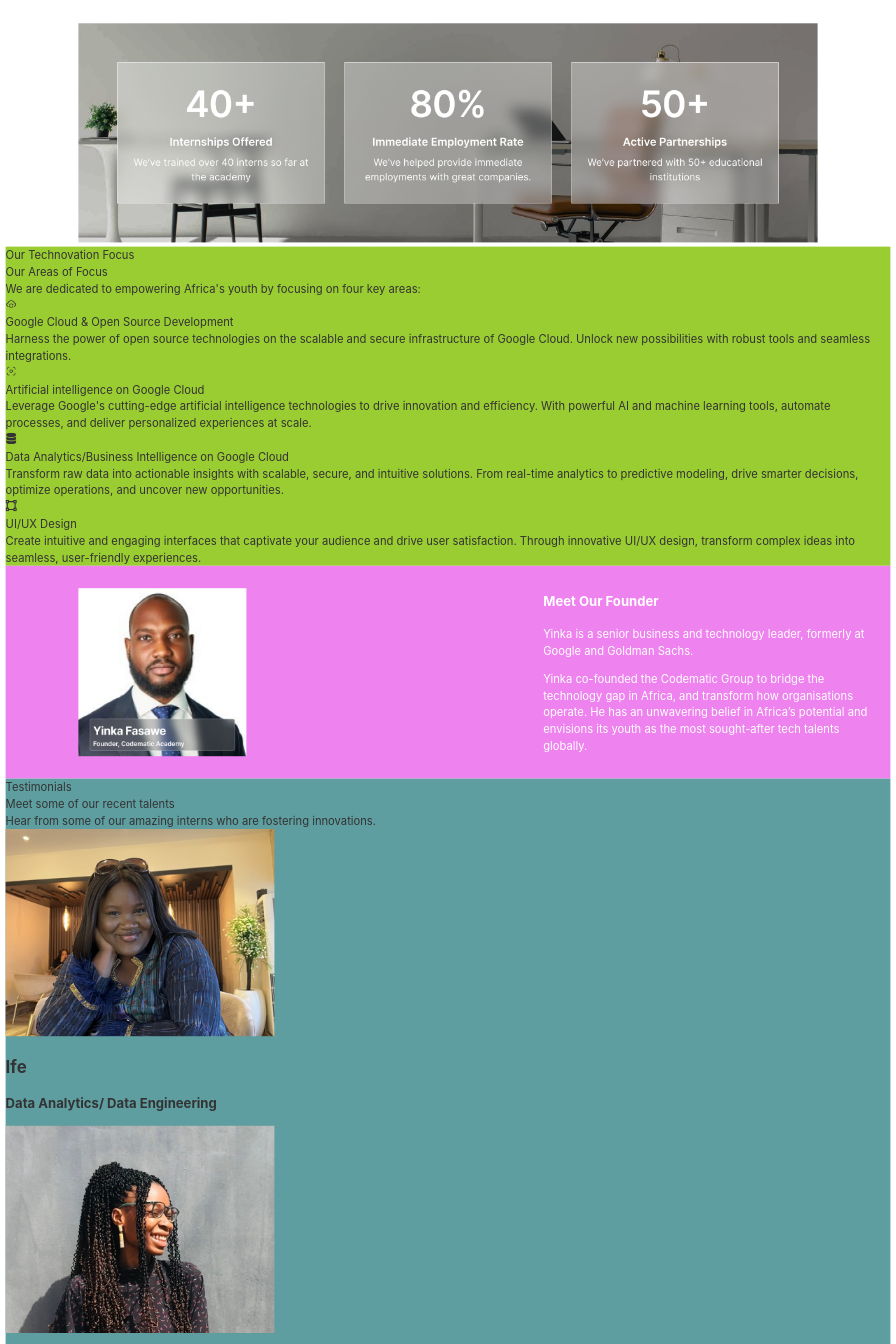
Repository: Gabriel221-dev/Codematic-page
Page: /
The author's editor kept a copy of each file at every save. The page is drawn from the files as they stood at one save, then again after the next save.
The browser window is 1280 px wide. The pictures show the part of the page from y = 1855 to 3775 px (the page is 4616 px tall), at 70% of full size.
The project was rebuilt for these pictures with package versions that can differ from the ones it lists, and the page was loaded fresh each time. Also part of the build but not shown: vite.config.js.

Above is the page before, as saved 2024-07-25 12:05:20.

### src/App.jsx
import "./App.css";
import Home from "./pages/home";
import Header from "./components/Header";
import Footer from "./components/Footer";
import { BrowserRouter as Router, Route, Routes } from "react-router-dom";
import "./styles/global.css";

const App = () => {
  return (
    <Router>
      <Header />
      <main>
        <Routes>
          <Route path="/" element={<Home />} />
        </Routes>
      </main>
      <Footer />
    </Router>
  );
};

export default App;

### src/index.css
:root {
  font-family: Inter, system-ui, Avenir, Helvetica, Arial, sans-serif;
  line-height: 1.5;
  font-weight: 400;
  padding: 0 0;

  /* color-scheme: light dark;
  background-color: #242424;
  background-color:turquoise; */

}

### src/App.css
#root {
  max-width: 1280px;
  margin: 0 auto;
  /* padding: 2rem;
  text-align: center;
  background-color:bisque */

}

### src/components/Header.jsx
import { useState } from "react";
import { NavLink } from "react-router-dom";
import { FaBars } from "react-icons/fa";
import Sidebar from "./Sidebar";
import "./Header.css";
import { IconContext } from "react-icons";

const Header = () => {
  const [isSidebarToggled, setSidebarToggled] = useState(false);

  const handleToggle = () => {
    setSidebarToggled((prev) => !prev);
  };

  return (
    <>
      <IconContext.Provider value={{ color: "#fff" }}>
        <header className="header">
          <nav className="header__nav">
            <NavLink className="header__brand" to="/">
              <img
                className="header__logo"
                src="/public/Images/codematic-logo-dark-1536x351.png.png"
                alt="Logo"
                loading="eager"
                width="160"
              />
            </NavLink>

            <ul className="header__navigation">
              <li className="header__link">
                <NavLink
                  className={({ isActive }) =>
                    isActive
                      ? "header__anchor header__anchor--active"
                      : "header__anchor"
                  }
                  to="/"
                >
                  Home
                </NavLink>
              </li>
              <li className="header__link">
                <NavLink
                  className={({ isActive }) =>
                    isActive
                      ? "header__anchor header__anchor--active"
                      : "header__anchor"
                  }
                  to=""
                >
                  About Us
                </NavLink>
              </li>
              <li className="header__link">
                <NavLink
                  className={({ isActive }) =>
                    isActive
                      ? "header__anchor header__anchor--active"
                      : "header__anchor"
                  }
                  to=""
                >
                  Focus Areas
                </NavLink>
              </li>
              <li className="header__link">
                <NavLink
                  className={({ isActive }) =>
                    isActive
                      ? "header__anchor header__anchor--active"
                      : "header__anchor"
                  }
                  to=""
                >
                  Our Goals
                </NavLink>
              </li>
              <li className="header__link">
                <NavLink
                  className={({ isActive }) =>
                    isActive
                      ? "header__anchor header__anchor--active"
                      : "header__anchor"
                  }
                >
                  Testimonies
                </NavLink>
              </li>
              <NavLink className="header__btn" to="/contact">
                Apply Now
              </NavLink>
            </ul>

            <button
              className="header__menu"
              title="Toggle Menu"
              onClick={handleToggle}
            >
              <FaBars />
            </button>
          </nav>
          <Sidebar isOpen={isSidebarToggled} onToggle={handleToggle} />
        </header>
      </IconContext.Provider>
    </>
  );
};

export default Header;

### src/components/Footer.jsx
import { Link } from "react-router-dom";
import "./Footer.css";

const Footer = () => {
  return (
    <footer className="footer">
      <div className="footer__content">
        <div className="footer__pages">
          <img
            className="footer__logo"
            src="/public/Images/codematic-logo-dark-1536x351.png.png"
            alt="Logo"
            loading="lazy"
            width="160"
          />

          <ul className="footer__navigation">
            <li className="footer__link">
              <Link className="link-anchor footer__anchor" to="/">
                About Us
              </Link>
            </li>
            <li className="footer__link">
              <Link className="link-anchor footer__anchor" to="/about">
                Contact Us
              </Link>
            </li>
            <li className="footer__link">
              <Link className="link-anchor footer__anchor" to="/about">
                Privacy Policy
              </Link>
            </li>
          </ul>
        </div>

        {/* <div className="footer__more">
          <div className="footer__socials">
            <a href="#" aria-label="Facebook" className="footer__social">
              <svg
                className="footer__icon"
                xmlns="http://www.w3.org/2000/svg"
                width="24"
                height="24"
              >
                <path
                  fill="#FFF"
                  d="M22.675 0H1.325C.593 0 0 .593 0 1.325v21.351C0 23.407.593 24 1.325 24H12.82v-9.294H9.692v-3.622h3.128V8.413c0-3.1 1.893-4.788 4.659-4.788 1.325 0 2.463.099 2.795.143v3.24l-1.918.001c-1.504 0-1.795.715-1.795 1.763v2.313h3.587l-.467 3.622h-3.12V24h6.116c.73 0 1.323-.593 1.323-1.325V1.325C24 .593 23.407 0 22.675 0z"
                />
              </svg>
            </a>
            <a href="#" aria-label="Pinterest" className="footer__social">
              <svg
                className="footer__icon"
                xmlns="http://www.w3.org/2000/svg"
                width="24"
                height="24"
              >
                <path
                  fill="#FFF"
                  d="M12 0C5.373 0 0 5.372 0 12c0 5.084 3.163 9.426 7.627 11.174-.105-.949-.2-2.405.042-3.441.218-.937 1.407-5.965 1.407-5.965s-.359-.719-.359-1.782c0-1.668.967-2.914 2.171-2.914 1.023 0 1.518.769 1.518 1.69 0 1.029-.655 2.568-.994 3.995-.283 1.194.599 2.169 1.777 2.169 2.133 0 3.772-2.249 3.772-5.495 0-2.873-2.064-4.882-5.012-4.882-3.414 0-5.418 2.561-5.418 5.207 0 1.031.397 2.138.893 2.738a.36.36 0 01.083.345l-.333 1.36c-.053.22-.174.267-.402.161-1.499-.698-2.436-2.889-2.436-4.649 0-3.785 2.75-7.262 7.929-7.262 4.163 0 7.398 2.967 7.398 6.931 0 4.136-2.607 7.464-6.227 7.464-1.216 0-2.359-.631-2.75-1.378l-.748 2.853c-.271 1.043-1.002 2.35-1.492 3.146C9.57 23.812 10.763 24 12 24c6.627 0 12-5.373 12-12 0-6.628-5.373-12-12-12z"
                />
              </svg>
            </a>
            <a href="#" aria-label="Twitter" className="footer__social">
              <svg
                className="footer__icon"
                xmlns="http://www.w3.org/2000/svg"
                width="24"
                height="20"
              >
                <path
                  fill="#FFF"
                  d="M24 2.557a9.83 9.83 0 01-2.828.775A4.932 4.932 0 0023.337.608a9.864 9.864 0 01-3.127 1.195A4.916 4.916 0 0016.616.248c-3.179 0-5.515 2.966-4.797 6.045A13.978 13.978 0 011.671 1.149a4.93 4.93 0 001.523 6.574 4.903 4.903 0 01-2.229-.616c-.054 2.281 1.581 4.415 3.949 4.89a4.935 4.935 0 01-2.224.084 4.928 4.928 0 004.6 3.419A9.9 9.9 0 010 17.54a13.94 13.94 0 007.548 2.212c9.142 0 14.307-7.721 13.995-14.646A10.025 10.025 0 0024 2.557z"
                />
              </svg>
            </a>
          </div>
          <p className="footer__copy paragraph-2">
            Copyright 2020. All Rights Reserved
          </p>
        </div> */}
      </div>
    </footer>
  );
};

export default Footer;

### src/styles/global.css
* {
    /* margin: 0; */
    padding: 0;
    /* box-sizing: border-box; */
  }

  body {
    /* font-family: "Livvic", sans-serif; */
    /* line-height: 1.6; */
    color: #333;
    background-color: white;
  }

### src/pages/Home.css
/* .Home{
    padding: 1rem;
    background-color:green;
} */
.Home-1{
    /* background-color:red; */
    text-align: center;
}
.mark{
    background-color:white;
    border-radius:12px;
    font-size: .6rem;
    padding:.1rem;
    margin-right: .5rem;
}
.academy-1{
    font-size: .6rem;
    background-color: lightcyan;
    border-radius:12px;
    padding: .3rem;
    text-decoration: none;
}
.heading-sub-1{
      text-align: center;
}
.heading-1{
    width: 45rem;
    height: 12.7rem;
    font-size: 2.8rem;
    justify-content: center;
    align-items: center;
    margin: 0 auto;
    font-weight: 600;
    background-color:white;
}
.sub-heading-1{
    font-size: .9rem;
    height: 120px;
    width: 20rem;
    justify-content: center;
    align-items: center;
    margin: 0 auto;
}
.action{
    gap: 12px;
    text-decoration: none;
}
.apply-heading{
    background-color:#DEE0FF;
    text-align: center;
    margin: 0 1rem;
    padding: .2rem;
    border-radius: 3px;
    text-decoration: none;
}

.learn-heading{
    background-color: blue;
    text-align: center;
    padding: .2rem;
    border-radius: 3px;
    text-decoration: none;
}

.Home-1 img{
    background-color:none;
    width: 65rem;
    height: 516px;
    padding: 1rem;
    margin: 2.9rem 0;
}


.Home-2{
    /* background-color:brown; */
    display: flex;
    justify-content: space-between;
    height: 37rem;
}

.heading-sub-2{
    background-color:red;
    font-size: 1.4rem;
    font-style: normal;
    color: #fff;
    text-align: left;
    max-width: 30rem;
    text-align: left;
    height: 35rem;
    padding: 0 0 0 4rem;
    margin: 0 0 0 2rem;
}

.sub-heading-2{
    font-size: 1rem;
    color:blue;
}

.heading-2{
    font-size: 1.8rem;
    font-weight: 500;
    color:blue;
}

.home-chair{
    flex: 1;
}


.text-2{
    font-size: 1rem;
    color:black;
}

.apply-now-2{
    background-color:blue;
    margin-top:1.8rem;
    padding: .7rem 2rem .7rem 0;
    font-size: .7rem;
    color:white;
    width: 7rem;
}

.Home-2 .img{
    flex: 1;
    display: flex;
    justify-content: center;
}

.Home-2 img{
    display: flex;
    align-items: center;
    text-align: left;
    height: 35rem;
    width: 32rem;
    margin: 0 2.9rem 0 0;
}


.Home-3{
    /* background-color:chocolate; */
    text-align: center;
}

.heading-sub-3{
    padding: 2.5rem;
}

.sub-3{
    color:blue;
    font-size: .7rem;
}

.heading-3{
    color:black;
    font-size: 1.6rem;
    font-weight: 700;
}

.text-3{
    font-size: 1.1rem;
    width:40rem;
    display: flex;
    margin: 0 auto;
}

.Home-3 img{
    width: 66rem;
}

.Home-4{
    background-color:yellowgreen;
}

.Home-5{
    background-color:violet;
}

/* .Home-5 .article{

}

.Home-5 .img{

}

.Home-5 img{

} */

.Home-5 {
    display: flex;
    justify-content: space-between;
    align-items: center;
}
.Home-5 .heading-sub-5 {
    font-style: normal;
    color: #fff;
    text-align: left;
    max-width: 30rem;
    text-align: left;
    /* height: 35rem; */
    padding: 0 1rem 0 0;
}

.Home .article{
    flex: 1;
}

.Home-5 .img{
    flex: 1;
    display: flex;
    justify-content: center;
}

.Home-5 img{
    display: flex;
    align-items: center;
    text-align: left;
    height: 15rem;
    width: 15rem;
    margin: 0 20rem 0 0;
    padding: 2rem 0;
}



.Home-6{
    background-color:cadetblue;
}

.Home-7{
    background-color:goldenrod;
}

### src/components/Sidebar.jsx
import PropTypes from "prop-types";
import { useNavigate } from "react-router-dom";
import { AiOutlineClose } from "react-icons/ai";
import "./Sidebar.css";
import { IconContext } from "react-icons";

const Sidebar = ({ isOpen, onToggle }) => {
  const navigate = useNavigate();

  const handleNavigate = (path) => {
    navigate(path);
    onToggle();
  };

  return (
    <IconContext.Provider value={{ color: "#fff" }}>
      <div className={`sidebar ${isOpen ? "sidebar--open" : ""}`}>
        <div className="sidebar__overlay" onClick={onToggle}></div>
        <div className="sidebar__content">
          <div className="sidebar__header">
            <button
              className="sidebar__close"
              title="Close Menu"
              onClick={onToggle}
            >
              <AiOutlineClose />
            </button>
          </div>

          <ul className="sidebar__navigation">
            <li className="sidebar__link">
              <button
                className="sidebar__anchor"
                onClick={() => handleNavigate("/")}
              >
                Home
              </button>
            </li>

            <li className="sidebar__link">
              <button
                className="sidebar__anchor"
                onClick={() => handleNavigate()}
              >
                About Us
              </button>
            </li>
            <li className="sidebar__link">
              <button
                className="sidebar__anchor"
                onClick={() => handleNavigate()}
              >
                Focus Areas
              </button>
            </li>
            <li className="sidebar__link">
              <button
                className="sidebar__anchor"
                onClick={() => handleNavigate()}
              >
                Testimonies
              </button>
            </li>
          </ul>

          <button className="sidebar__btn" onClick={() => handleNavigate()}>
            Apply Now
          </button>
        </div>
      </div>
    </IconContext.Provider>
  );
};

Sidebar.propTypes = {
  isOpen: PropTypes.bool.isRequired,
  onToggle: PropTypes.func.isRequired,
};

export default Sidebar;

### src/components/Header.css
.header {
    background-color: white;
    height: 1.55rem;
    display: flex;
    justify-content: space-between;
    align-items: center;
    padding: 1rem 7rem;
  }

  @media only screen and (max-width: 850px) {
    .header {
        background-color:black;
      height: 150px;
      /* background-color:red; */
      align-items:left;
    }
  }

  @media only screen and (max-width: 576px) {
    .header {
      height: 128px;
    }
  }

  .header__nav {
    /* display: flex;
    align-items: center;
    gap: 8rem; */
    grid-column: center-start / center-end;
    display: grid;
    grid-template-columns: max-content 1fr max-content;
    align-items: center;
    column-gap: 8rem;

    @media only screen and (max-width: 768px) {
      column-gap: 4rem;
    }

    @media only screen and (max-width: 576px) {
        grid-template-columns: repeat(2, 1fr);
        column-gap: 0;
    }
  }

  .header__logo {
    max-width: 158px;

    @media only screen and (max-width: 768px) {
      margin-right: 14rem;
      margin-left: -5rem;
    }
  }

  .header__navigation {
    list-style: none;
    display: flex;
    margin: 0;
    padding: 0;
    text-decoration: none;

    @media only screen and (max-width: 820px) {
      display: none;
    }
  }

  .header__link {
    margin-right: 2rem;
    text-decoration: none;
  }

  /* .header:last-child {
    margin-right: 0;
  } */

  .header__anchor {
    font-size: .89rem;
    text-decoration: none;
    color: #333;
    font-weight: bold;
  }

  .header__anchor:hover{
    text-decoration: none;
  }

  .header__anchor--active {
    color: black;
}

  .header__btn {
    font-size: .7rem;
    background-color: blue;
    border: 2px solid #fff;
    width: 4rem;
    border-radius:5px;
    color: #fff;
    padding: 0.5rem .5rem;
    margin-left: 2rem;
    text-decoration: none;
    display: inline-block;
    cursor: pointer;
    justify-self: end;

    @media only screen and (max-width: 820px) {
      display: none;
    }
  }

  .header__btn:hover{
    background-color:white;
    color:#004953;
    text-decoration: none;
    border-radius:16px;
    transform: scale(1.05);
    transition: transform 0.6s ease-in-out, border-bottom 0.6s ease;
  }

  .header__menu {
    display: none;

    @media only screen and (max-width: 820px) {
      display: flex;
      width: 50px;
      height: 28px;
      padding: .1rem;
      border: 0;
      outline: 0;
    }
  }

  .header__menu:hover{
    background:none;
  }

### src/components/Footer.css
.footer {
    background-color: rgb(4, 4, 55);
    display: grid;
    grid-template-rows: 48px auto 48px;
    padding: 1rem;
  }

  @media only screen and (max-width: 768px) {
    .footer {
      grid-template-rows: 50px repeat(1, min-content) 56px;
    }
  }

  @media only screen and (max-width: 650px) {
    .footer {
      grid-template-rows: 64px repeat(1, min-content) 64px;
    }
  }

  .footer__content {
    display: grid;
    grid-column: center-start / center-end;
    grid-template-columns: max-content 1fr max-content;
    column-gap: 12.5rem;
    grid-column: 2;
    grid-row: 2 / 3;
  }

  @media only screen and (max-width: 1024px) {
    .footer__content {
      column-gap: 8rem;
    }
  }

  @media only screen and (max-width: 768px) {
    .footer__content {
      grid-template-columns: repeat(1, 1fr);
      grid-template-rows: repeat(1, min-content);
      row-gap: 3.2rem;
    }
  }

  @media only screen and (max-width: 480px) {
    .footer__content {
      grid-template-columns: 1fr;
      grid-template-rows: repeat(1, min-content);
      /* row-gap: 2.4rem; */
    }
  }

  .footer__pages {
    display: flex;
    flex-direction: column;
    justify-content: space-between;
  }

  @media only screen and (max-width: 480px) {
    .footer__pages {
      grid-column: 1 / 3;
      grid-row: 1 / 2;
      justify-self: center;
      align-items: center;
    }
  }

  .footer__logo {
    width: 160px;
  }

  @media only screen and (max-width: 768px) {
    .footer__logo {
      width: 96px;
    }
  }

  @media only screen and (max-width: 480px) {
    .footer__logo {
      margin-bottom: 24px;
    }
  }

  .footer__navigation {
    list-style: none;
    display: flex;
    margin-bottom: 7px;
  }

  @media only screen and (max-width: 768px) {
    .footer__navigation {
      margin-bottom: 0;
    }
  }

  .footer__link {
    margin-right: 40px;
    transition: color 0.3s;
  }

  @media only screen and (max-width: 1024px) {
    .footer__link {
      margin-right: 24px;
    }
  }

  @media only screen and (max-width: 768px) {
    .footer__link {
      margin-right: 1rem;
      margin-bottom: 16px;
    }
  }

  .footer__link:hover {
    color: var(--light-coral);
  }

  .footer__anchor {
    text-decoration: none;
    color: white;
    font-size: 1.5rem;
    text-transform: uppercase;
  }

  @media only screen and (max-width: 768px) {
    .footer__anchor {
      font-size: 1.5rem;
    }
  }

  .footer__information {
    display: flex;
    flex-direction: column;
  }

  @media only screen and (max-width: 768px) {
    .footer__information {
      text-align: right;
      margin-bottom: 2px;
    }
  }

  @media only screen and (max-width: 480px) {
    .footer__information {
      grid-column: 1 / 3;
      grid-row: 2 / 3;
      text-align: center;
    }
  }

  .footer__text {
    color: white;
    mix-blend-mode: normal;
    opacity: 0.6;
  }

  .footer__more {
    display: flex;
    flex-direction: column;
    justify-content: space-between;
    align-items: flex-end;
  }

  @media only screen and (max-width: 768px) {
    .footer__more {
      grid-column: 1 / 3;
      grid-row: 2 / 3;
      flex-direction: row;
      align-items: center;
    }
  }

  @media only screen and (max-width: 480px) {
    .footer__more {
      grid-column: 1 / 3;
      grid-row: 3 / 4;
      flex-direction: column;
      margin-top: 16px;
    }
  }

  .footer__socials {
    display: flex;
    margin-bottom: 7px;
  }

  @media only screen and (max-width: 768px) {
    .footer__socials {
      line-height: 0;
    }
  }

  @media only screen and (max-width: 480px) {
    .footer__socials {
      margin-bottom: 16px;
    }
  }

  .footer__social {
    margin-right: 16px;
    transition: fill 0.3s;
  }

  .footer__icon {
    width: 24px;
    height: 24px;
  }

  .footer__copy {
    color: white;
  }

### src/components/Sidebar.css
.sidebar {
    display: none;
    width: 100%;
    height: 100%;
    position: fixed;
    top: 0;
    left: 0;
    z-index: 100;
    transition: all 0.3s ease;
  }

  .sidebar--open {
    display: grid;
    grid-template-columns: 1fr min-content;
  }

  .sidebar__overlay {
    grid-column: 1 / -1;
    grid-row: 1 / 2;
    background-color: rgba(0, 0, 0, 0.5);
    transition: background-color 0.3s ease;

  }

  .sidebar__content {
    grid-column: 2 / 3;
    grid-row: 1 / 2;
    background-color: #194c4c;
    width: 250px;
    display: grid;
    grid-template-rows: 128px repeat(2, min-content);
    grid-template-columns: 48px 1fr 25px;
    transition: width 0.3s ease;
    transition: width .4s ease;

  }

  .sidebar__header {
    grid-column: 2 / 3;
    justify-self: end;
    align-self: center;
  }

  .sidebar__close {
    background-color:#194c4c ;
    width: 30px;
    border: 0;
    outline: 0;
  }

  .sidebar__close:hover{
    background-color:#194c4c;
  }

  .sidebar__navigation {
    grid-column: 2 / 3;
    list-style: none;
    margin: 0;
    padding: 0;
  }

  .sidebar__link {
    margin-bottom: 2.4rem;
  }

  .sidebar__anchor {
    font-size: 1.1rem;
    color: #fff;
    background: transparent;
    border: none;
    text-decoration: none;
    cursor: pointer;
  }

  .sidebar__anchor:hover{
    background:none;
  }

  .sidebar__btn {
    grid-column: 2 / 3;
    background-color: transparent;
    border: 1px solid #fff;
    color: #fff;
    padding: 0.5rem 1rem;
    text-decoration: none;
    display: inline-block;
    cursor: pointer;
    width: 159px;
  }

  .sidebar__btn:hover{
    background:white;
    color:#194c4c;
    transform: scale(1.05);
    transition: transform 0.3s ease-in-out, border-bottom 0.6s ease;
  }

  .sidebar--open .sidebar__overlay {
    background-color: rgba(0, 0, 0, 0.5);
  }

  .sidebar--open .sidebar__content {
    width: 250px;
  }

  @media (max-width: 768px) {
    .header__menu {
      display: grid;
      background-color: transparent;
      width: 24px;
      border: 0;
      outline: 0;
      justify-self: end;
      align-self: center;
      margin-left: auto;
    }
  }

Loaded but not shown: index.html (common file); src/main.jsx (common file); src/pages/home.jsx (257 lines, source omitted)

After the next save:
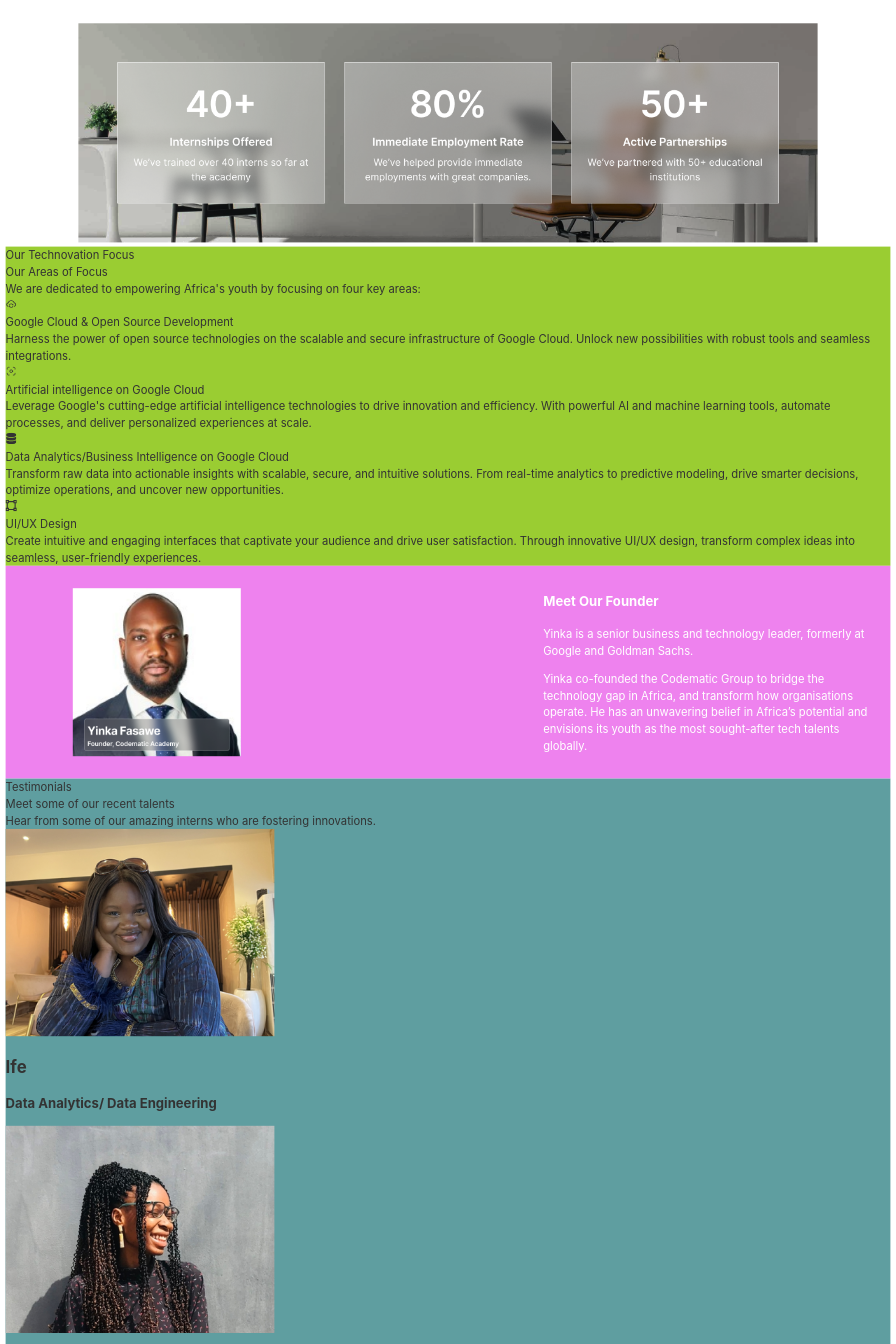
Saved 11 s later.
--- a/src/pages/Home.css
+++ b/src/pages/Home.css
@@ -219,7 +219,7 @@
     text-align: left;
     height: 15rem;
     width: 15rem;
-    margin: 0 20rem 0 0;
+    margin: 0 21rem 0 0;
     padding: 2rem 0;
 }
 
